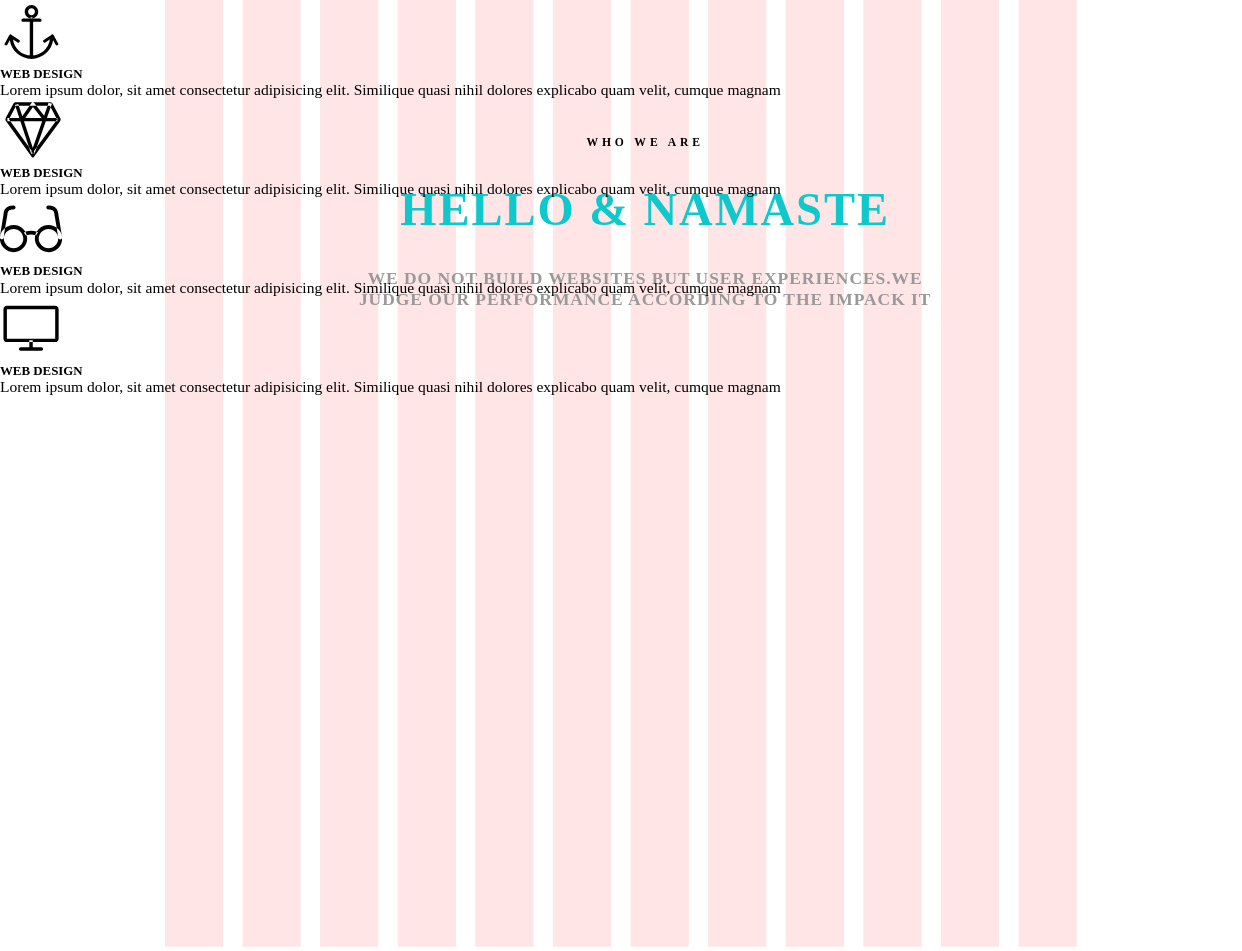
Repository: shpakovskaya/github.io
Page: boxsizing/namastegreen/index.html
An editor plug-in stored every save of this project. The page is shown before and after the next save, followed by the edit.
The browser window is 1280 px wide. The pictures show the whole page, at 97% of full size.

Above is the page before, as saved 2021-11-20 19:43:47.

After the next save:
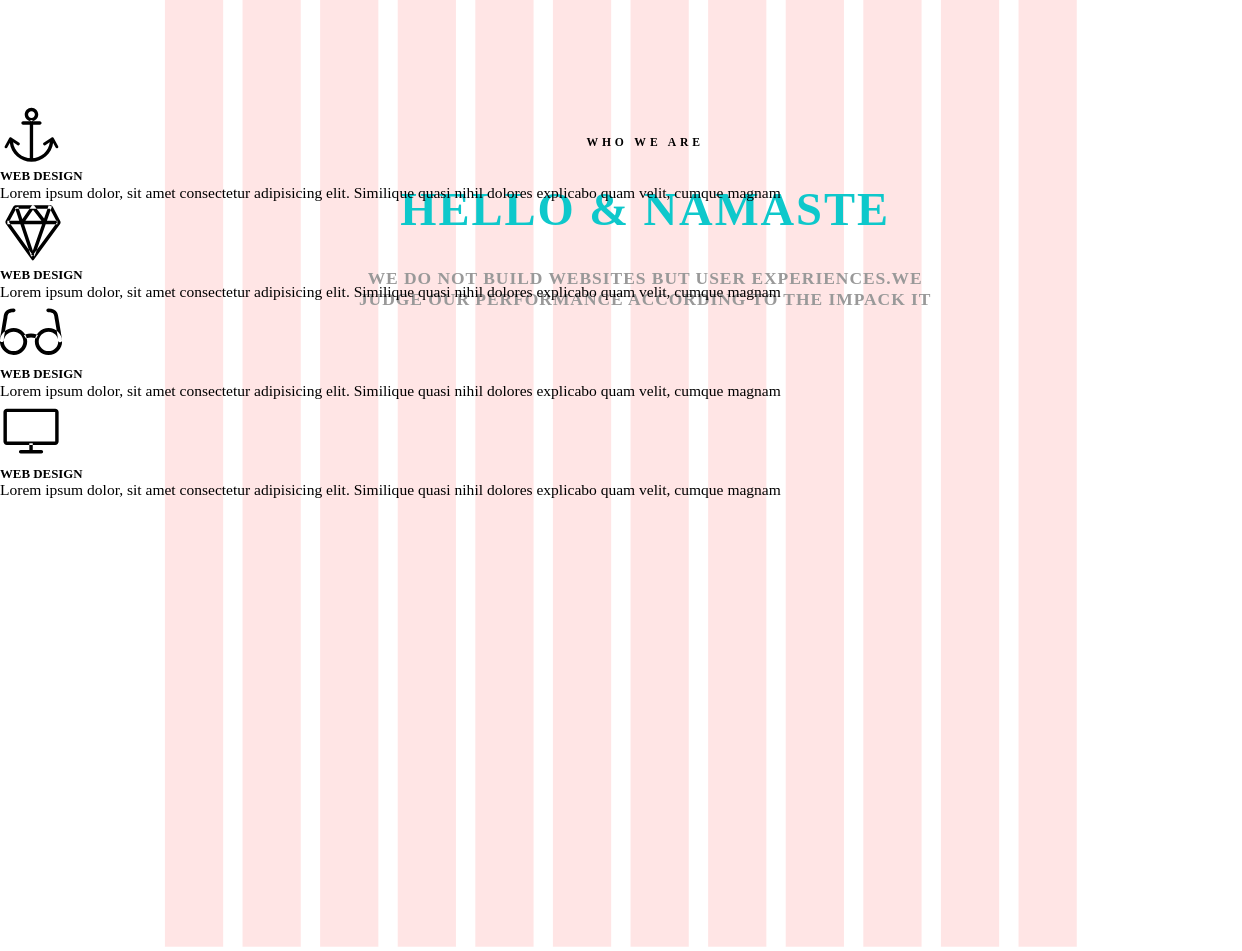
Saved 30 s later.
--- a/boxsizing/namastegreen/style.css
+++ b/boxsizing/namastegreen/style.css
@@ -48,7 +48,7 @@
 /* Items */
 .wrapper {
   position: absolute;
-  top: 0px;
+  top: 106px;
   display: block;
 }
 
